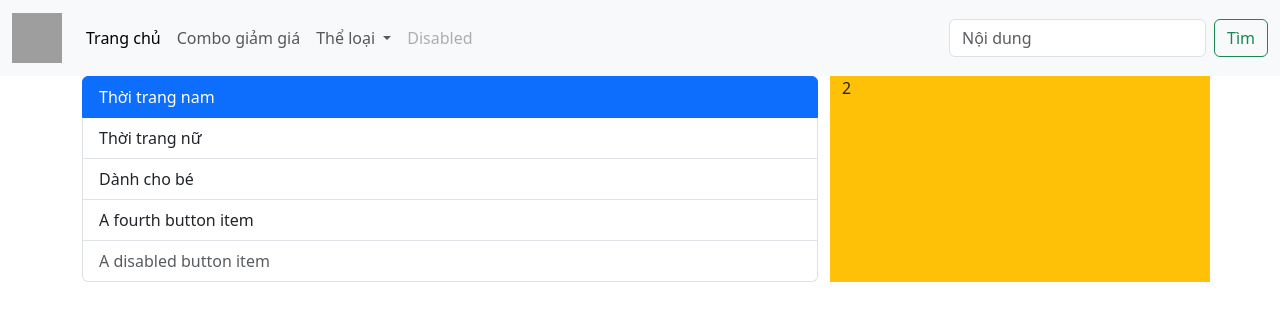
Repository: Vanh260703/Java-Servlet
Page: Bai4_Boostrap/src/main/webapp/index.html
The author's editor kept a copy of each file at every save. The page is drawn from the files as they stood at one save, then again after the next save.
The browser window is 1280 px wide. The pictures show the whole page.
Pictures or frames that could not be fetched are drawn as grey boxes.

Above is the page before, as saved 2025-03-01 14:31:14.

After the next save:
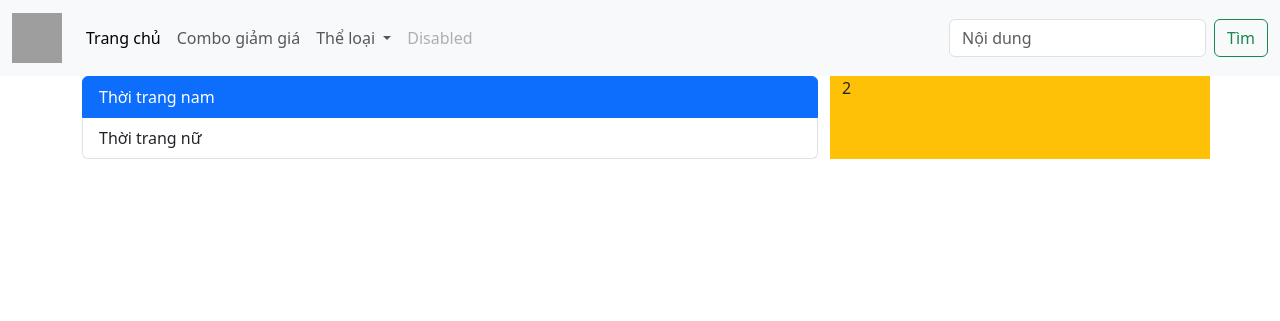
Saved 17 s later.
--- a/Bai4_Boostrap/src/main/webapp/index.html
+++ b/Bai4_Boostrap/src/main/webapp/index.html
@@ -74,15 +74,7 @@
 					<button type="button"
 						class="list-group-item list-group-item-action">Thời trang
 						nữ</button>
-					<button type="button"
-						class="list-group-item list-group-item-action">Dành cho
-						bé</button>
-					<button type="button"
-						class="list-group-item list-group-item-action">A fourth
-						button item</button>
-					<button type="button"
-						class="list-group-item list-group-item-action" disabled>A
-						disabled button item</button>
+
 				</div>
 			</div>
 			<div class="col-4 bg-warning">2</div>
